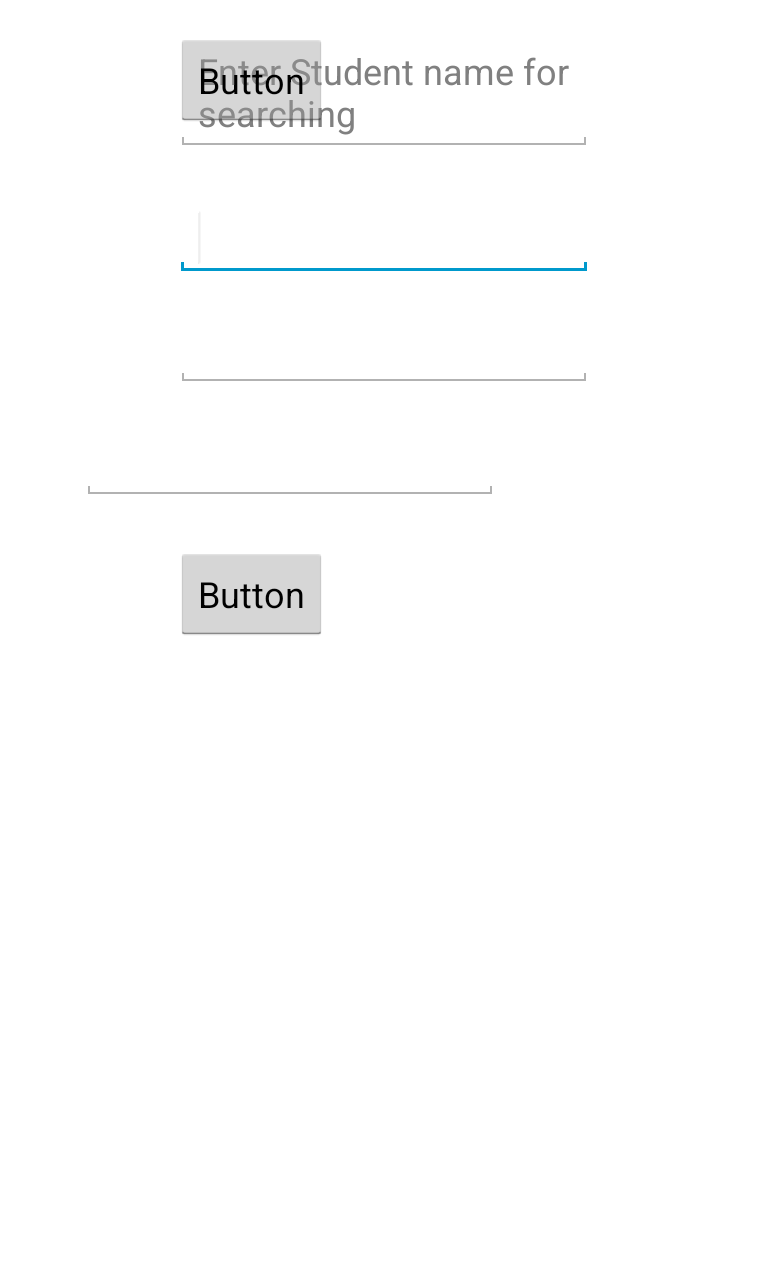
Repository: amittttt/Android-HP
Layout: Sqllite/res/layout/activity_main.xml
The author's editor kept a copy of each file at every save. The layout is drawn from the files as they stood at one save, then again after the next save.
It is drawn on a 768 x 1280 px phone screen (xhdpi) without system bars, with theme AppTheme; the app's code is not run.

Above is the layout before, as saved 2016-05-13 05:12:11.

After the next save:
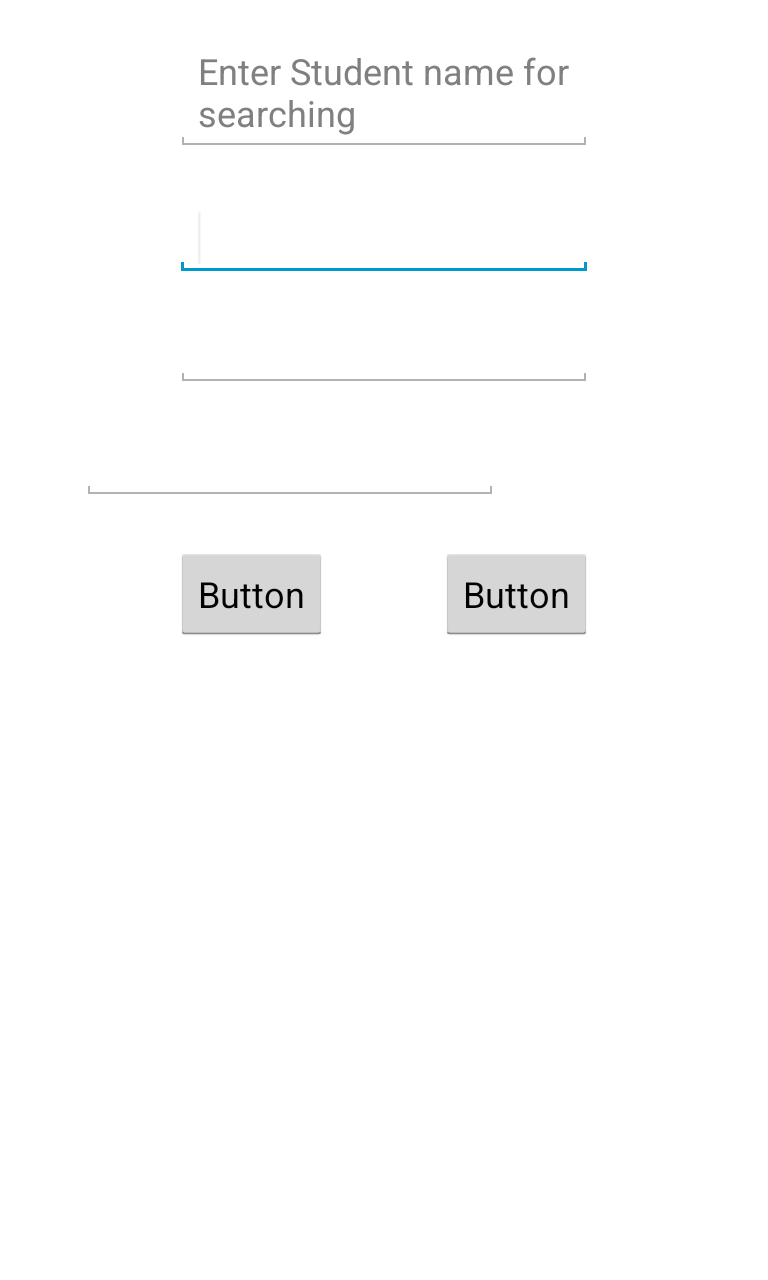
Saved 8 s later.
--- a/Sqllite/res/layout/activity_main.xml
+++ b/Sqllite/res/layout/activity_main.xml
@@ -63,8 +63,9 @@
         android:id="@+id/update"
         android:layout_width="wrap_content"
         android:layout_height="wrap_content"
-       android:layout_alignRight="@+id/insert"
-
+        android:layout_alignBaseline="@+id/insert"
+        android:layout_alignBottom="@+id/insert"
+        android:layout_alignRight="@+id/lname"
         android:text="Button" />
 
 </RelativeLayout>
